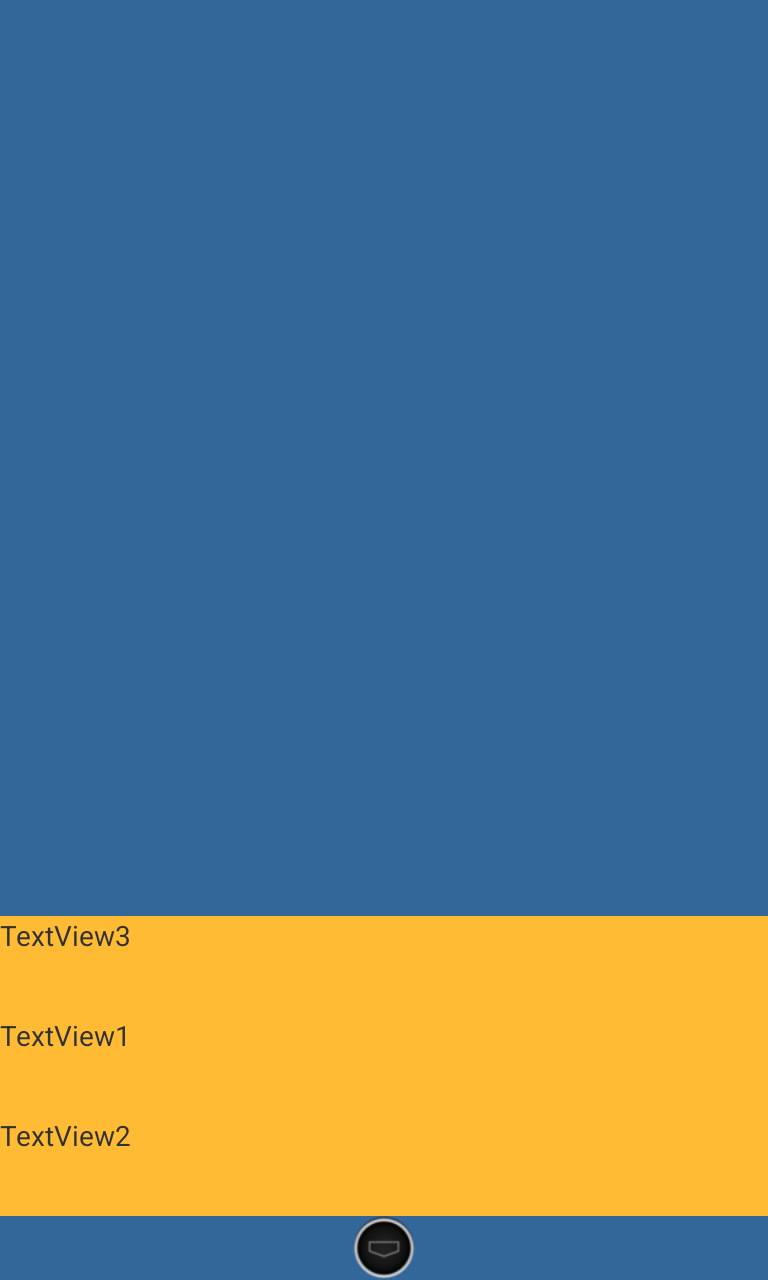
Repository: complexityclass/GosClient
Layout: Client/res/layout/activity_service.xml
These files come from the project's save history. The layout is drawn as it stood at one moment and after the next save; the edit follows.
It is drawn on a 768 x 1280 px phone screen (xhdpi) without system bars, with theme AppTheme; the app's code is not run. Lists and similar views that code fills are empty.

Above is the layout before, as saved 2013-04-19 14:42:24.

After the next save:
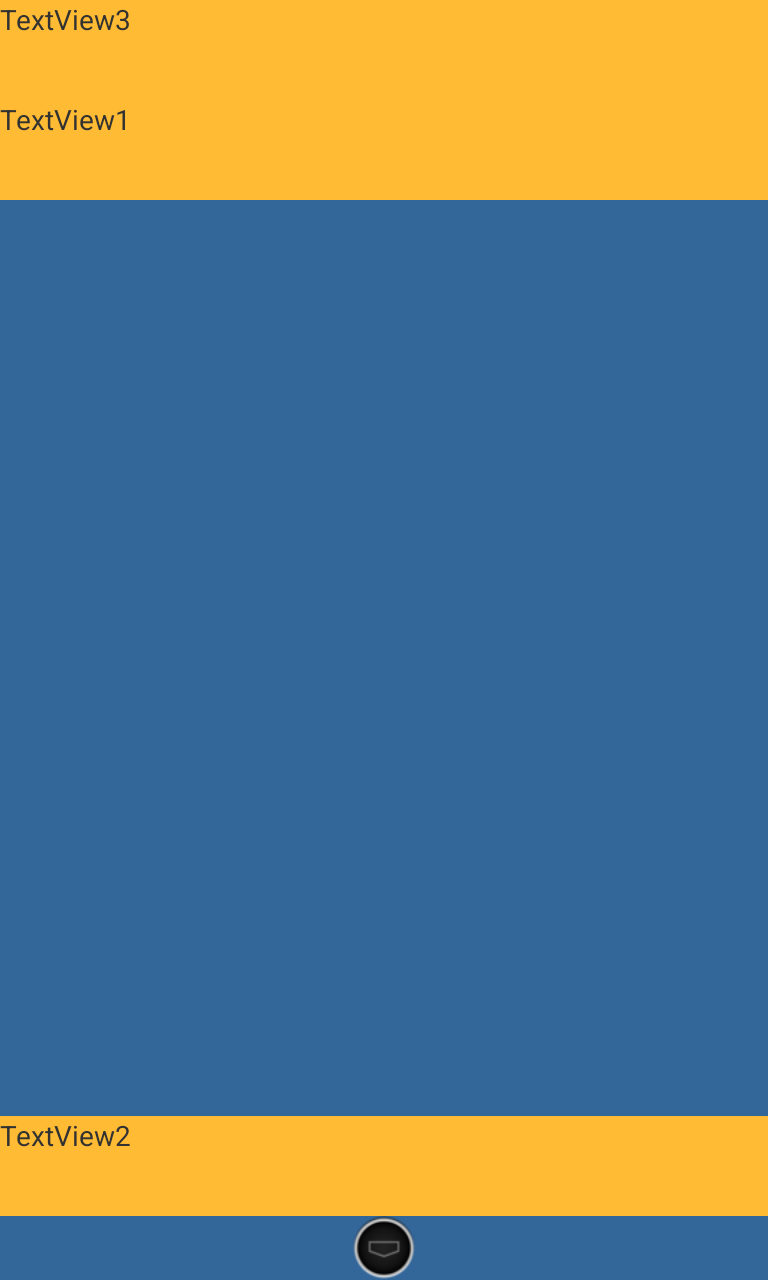
Saved 34 s later.
--- a/Client/res/layout/activity_service.xml
+++ b/Client/res/layout/activity_service.xml
@@ -3,6 +3,20 @@
     android:layout_width="fill_parent"
     android:layout_height="fill_parent"
     android:orientation="vertical" >
+
+    <TextView
+        android:id="@+id/textView3"
+        android:layout_width="match_parent"
+        android:layout_height="50dp"
+        android:background="@android:color/holo_orange_light"
+        android:text="TextView3" />
+
+    <TextView
+        android:id="@+id/textView1"
+        android:layout_width="match_parent"
+        android:layout_height="50dp"
+        android:background="@android:color/holo_orange_light"
+        android:text="TextView1" />
 
     <SlidingDrawer
         android:id="@+id/drawer"
@@ -43,20 +57,6 @@
                 android:orientation="vertical" >
 
                 <TextView
-                    android:id="@+id/textView3"
-                    android:layout_width="match_parent"
-                    android:layout_height="50dp"
-                    android:background="@android:color/holo_orange_light"
-                    android:text="TextView3" />
-
-                <TextView
-                    android:id="@+id/textView1"
-                    android:layout_width="match_parent"
-                    android:layout_height="50dp"
-                    android:background="@android:color/holo_orange_light"
-                    android:text="TextView1" />
-
-                <TextView
                     android:id="@+id/textView2"
                     android:layout_width="match_parent"
                     android:layout_height="50dp"
